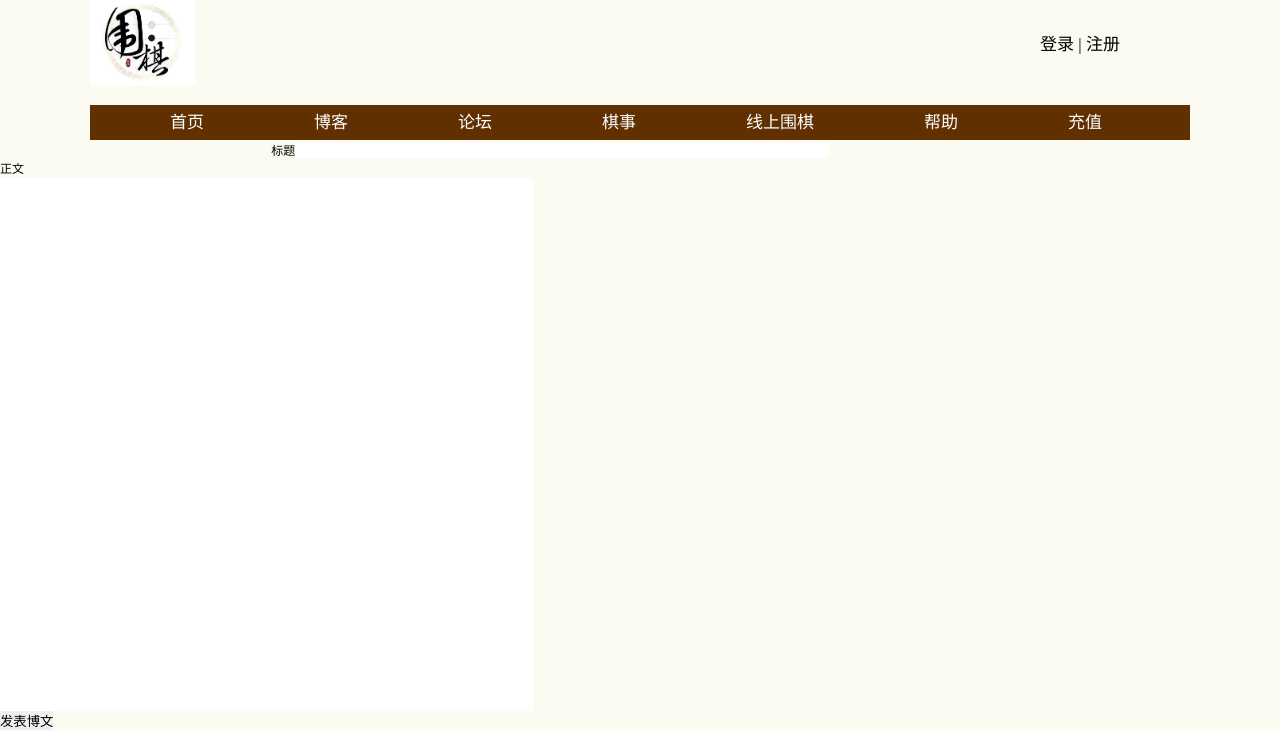
Repository: yxh0/Go
Page: http://localhost/keshe/keshe/blog_post.jsp
These files come from the project's save history. The page is drawn as it stood at one moment and after the next save; the edit follows.
The browser window is 1280 px wide. The pictures show the whole page.
The page is served by Tomcat 9.

Above is the page before, as saved 2020-06-11 04:09:26.

After the next save:
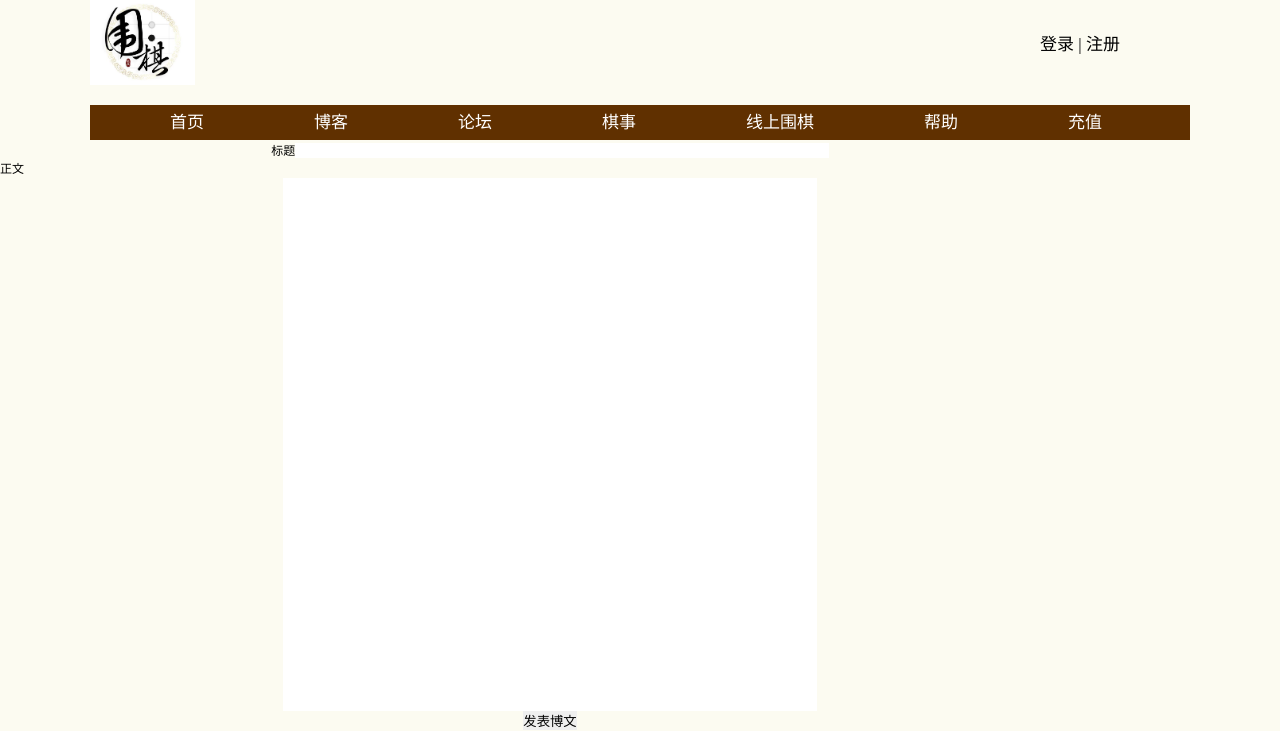
Saved 50 s later.
--- a/SoftwareProjectGo/keshe/WebContent/keshe/blog_post.jsp
+++ b/SoftwareProjectGo/keshe/WebContent/keshe/blog_post.jsp
@@ -42,7 +42,8 @@
 		<div class="border w"></div>
 		<form action="insertServlet?dataBase=weiqiluntan&tableName=chess_user" name="register" method="post">
 			<center>标题<input name="blog_title" style="width:40em" type="text" type="password" class="code"><br></center>
-				正文<br><input name="blog_text" style="width:40em; height:40em" type="text" placeholder="" class="code"><br>
+				正文<br>
+			<center><input name="blog_text" style="width:40em; height:40em" type="text" placeholder="" class="code"><br>
 			<input type="submit" value="发表博文" class="now-register"></center>
          </form>
 	</div>
